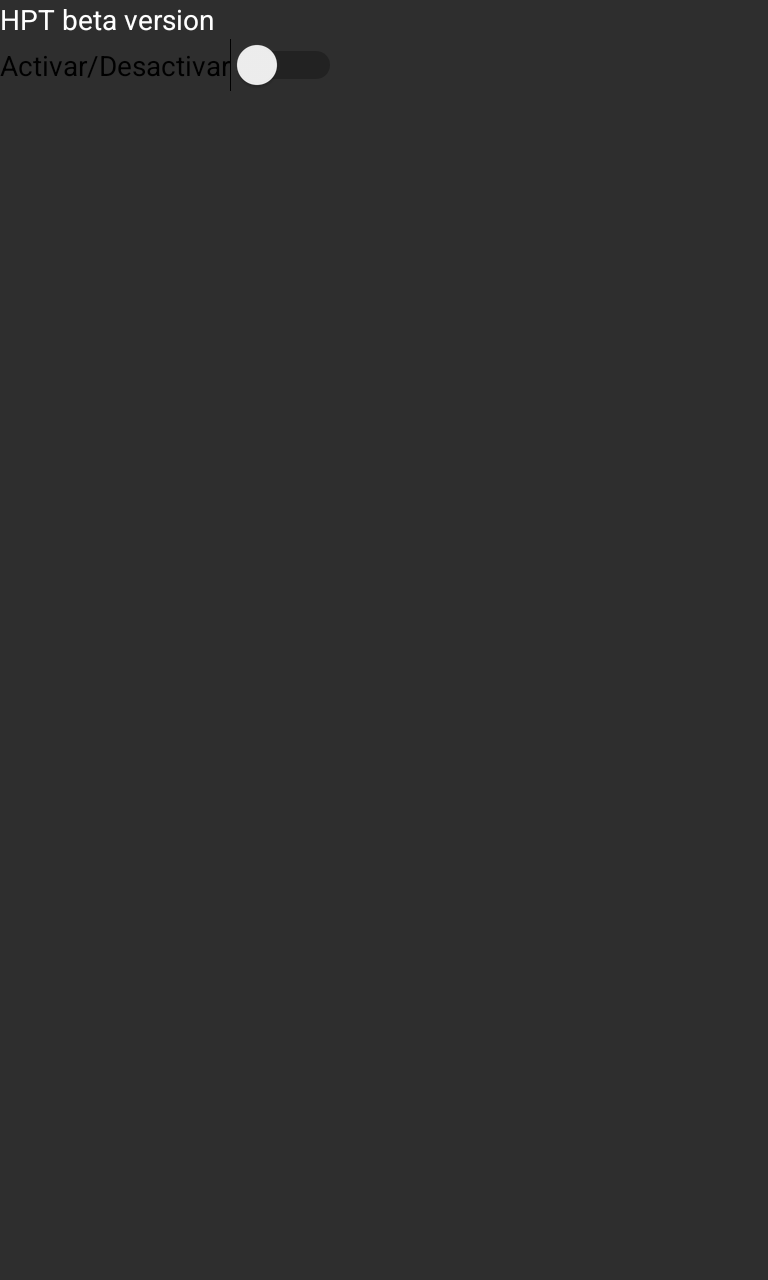
Repository: aludena18/android_apps
Layout: HunterPersonalTrack/res/layout/activity_main.xml
These files come from the project's save history. The layout is drawn as it stood at one moment and after the next save; the edit follows.
It is drawn on a 768 x 1280 px phone screen (xhdpi) without system bars, with theme AppTheme; the app's code is not run.

Above is the layout before, as saved 2015-10-14 20:09:41.

### HunterPersonalTrack/res/layout/activity_main.xml
<LinearLayout xmlns:android="http://schemas.android.com/apk/res/android"
    xmlns:tools="http://schemas.android.com/tools"
    android:layout_width="match_parent"
    android:layout_height="match_parent"
    android:orientation="vertical"
    android:background="#2E2E2E"
    tools:context="com.alg.hunterpersonaltrack.MainActivity" >

    <TextView
        android:layout_width="wrap_content"
        android:layout_height="wrap_content"
        android:textColor="#FFFFFF"
        android:text="@string/hello_world" />

    <Switch
        android:id="@+id/swtOnOff"
        android:layout_width="wrap_content"
        android:layout_height="wrap_content"
        android:text="@string/etqSwtOnOff" />

</LinearLayout>

### HunterPersonalTrack/res/values/strings.xml
<?xml version="1.0" encoding="utf-8"?>
<resources>

    <string name="app_name">Hunter Personal Track</string>
    <string name="hello_world">HPT beta version</string>
    <string name="action_settings">Settings</string>

    <string name="etqSwtOnOff">Activar/Desactivar</string>

</resources>

Loaded but not shown: HunterPersonalTrack/res/values/styles.xml (common file); HunterPersonalTrack/res/values-v11/styles.xml (common file); HunterPersonalTrack/res/values-v14/styles.xml (common file)

After the next save:
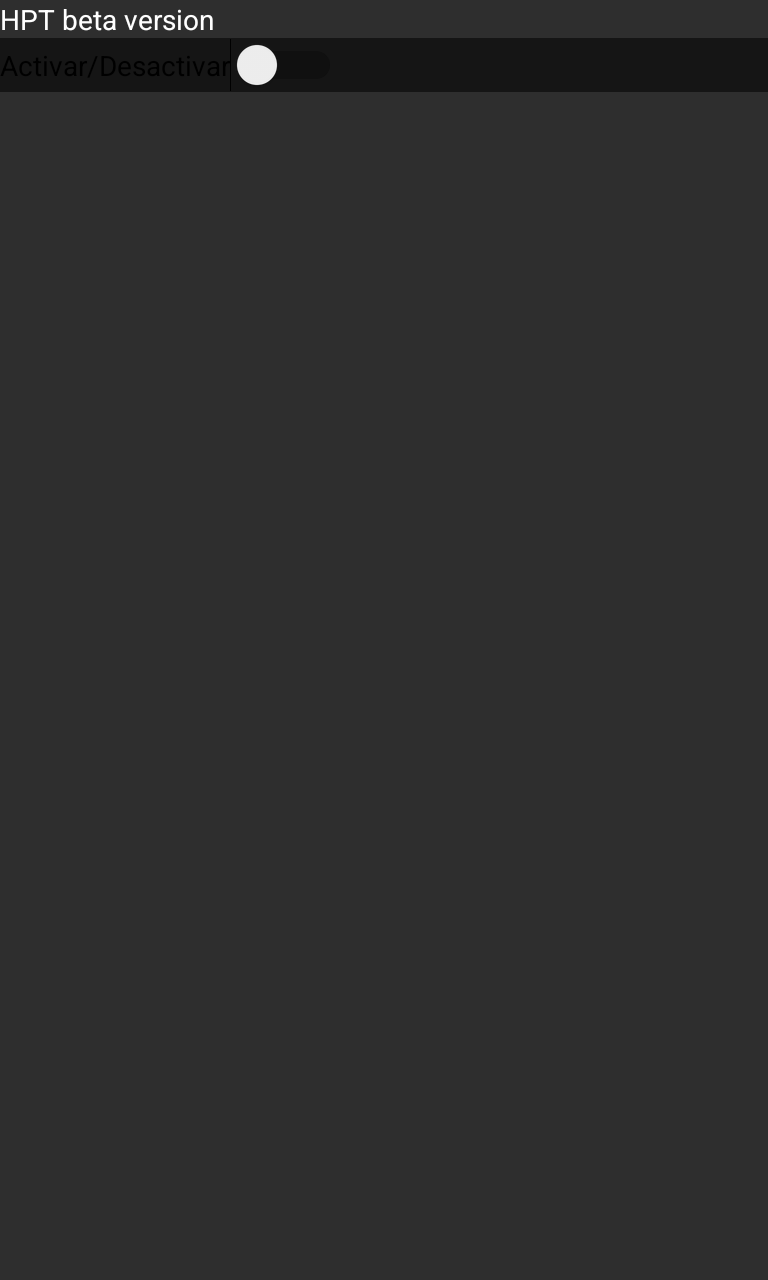
Saved 5 min 8 s later.
--- a/HunterPersonalTrack/res/layout/activity_main.xml
+++ b/HunterPersonalTrack/res/layout/activity_main.xml
@@ -12,10 +12,18 @@
         android:textColor="#FFFFFF"
         android:text="@string/hello_world" />
 
-    <Switch
-        android:id="@+id/swtOnOff"
-        android:layout_width="wrap_content"
+    <LinearLayout
+        android:layout_width="match_parent"
         android:layout_height="wrap_content"
-        android:text="@string/etqSwtOnOff" />
+        android:background="#151515">
+
+        <Switch
+	        android:id="@+id/swtOnOff"
+    	    android:layout_width="wrap_content"
+        	android:layout_height="wrap_content"
+        	android:text="@string/etqSwtOnOff" />
+
+    </LinearLayout>
+
 
 </LinearLayout>
